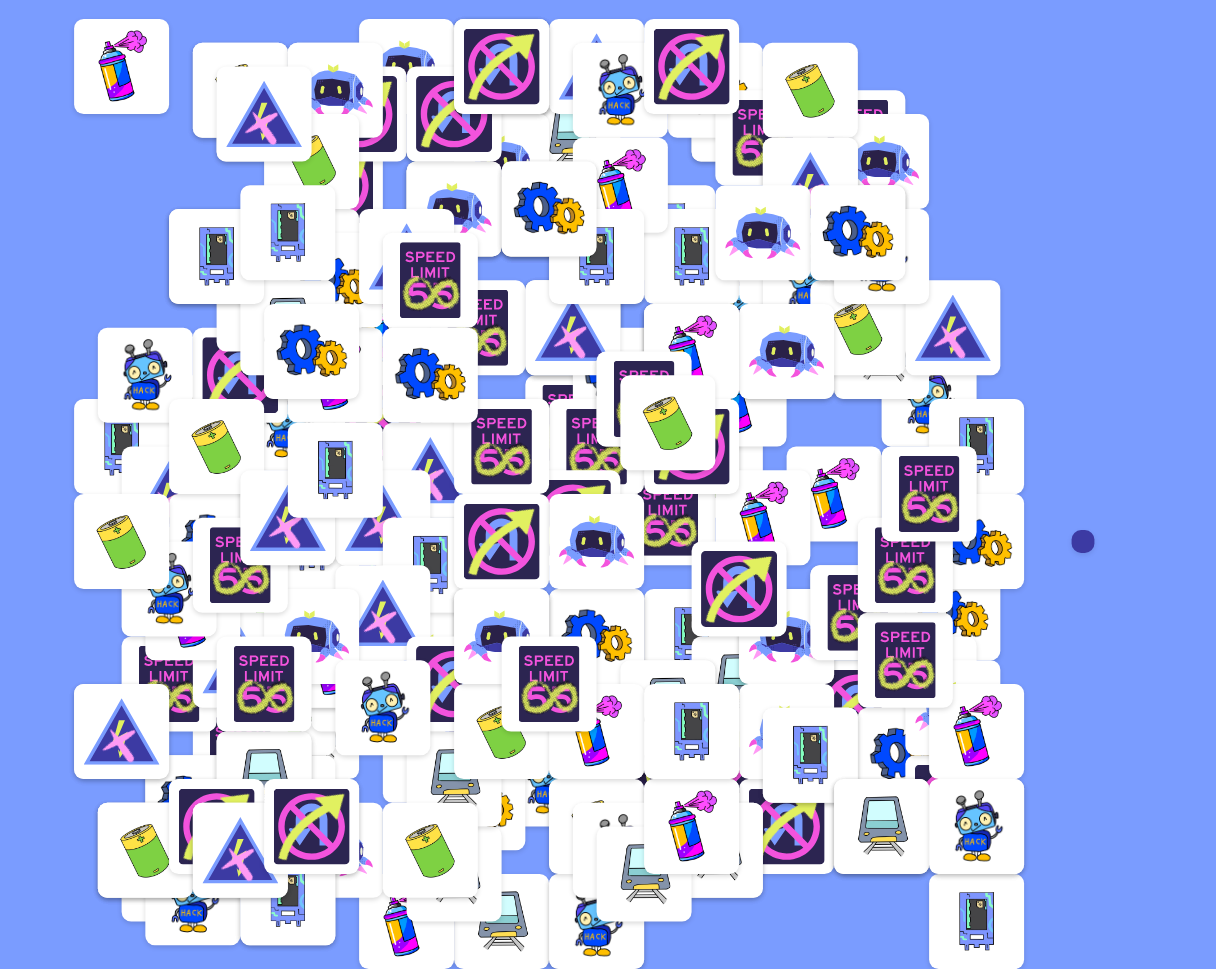
Repository: Avril-Cui/hack-puzzle
Page: / (app in client/)
An editor plug-in stored every save of this project. The page is shown before and after a run of saves, followed by the edit.
The browser window is 1280 px wide. The pictures show the whole page, at 95% of full size.
The project was rebuilt for these pictures with package versions that can differ from the ones it lists, and the page was loaded fresh each time. The framework's server and built-in components were replaced by stand-ins that run in the browser. Also part of the build but not shown: client/next.config.ts.

Above is the page before, as saved 2025-06-11 19:42:24.

After the next 2 saves:
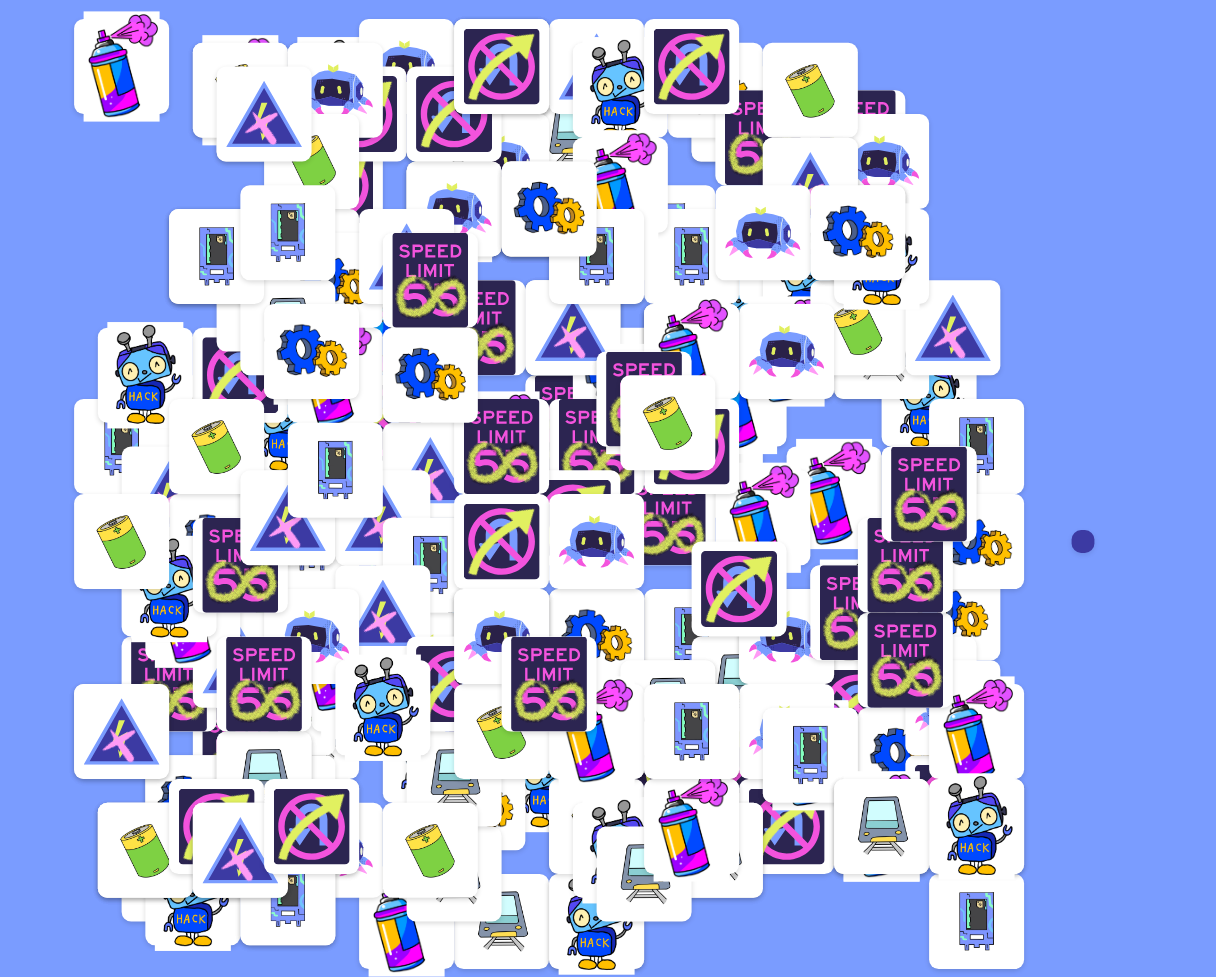
The 2 saves are shown as one change because they came seconds apart.
The last was saved 12 s later.
--- a/client/components/Game.module.css
+++ b/client/components/Game.module.css
@@ -29,19 +29,17 @@
 }
 
 .tileInner {
-    width: 100%;
-    height: 100%;
-    display: flex;
-    justify-content: center;
-    align-items: center;
-  }
+  display: flex;
+  justify-content: center;
+  align-items: center;
+}
 
-  .tileInner img {
-    width: 80%;
-    height: 80%;
-    object-fit: contain;
-    pointer-events: none;
-  }
+.tileInner img {
+  width: 80%;
+  height: 80%;
+  object-fit: contain;
+  pointer-events: none;
+}
 
 .covered {
   background: #ccc;

After the save that followed:
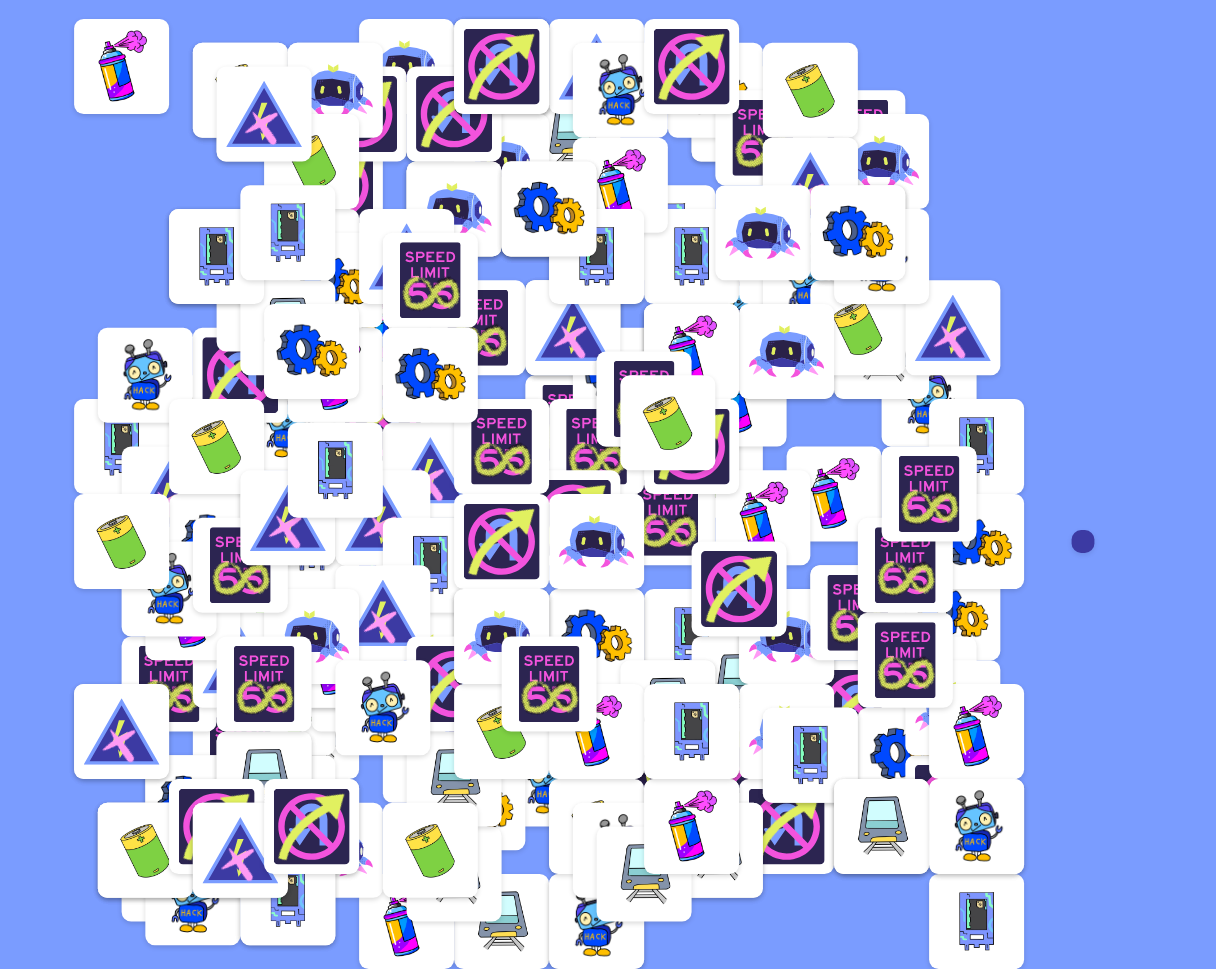
Saved 4 s later.
--- a/client/components/Game.module.css
+++ b/client/components/Game.module.css
@@ -29,6 +29,8 @@
 }
 
 .tileInner {
+  width: 100%;
+  height: 100%;
   display: flex;
   justify-content: center;
   align-items: center;
